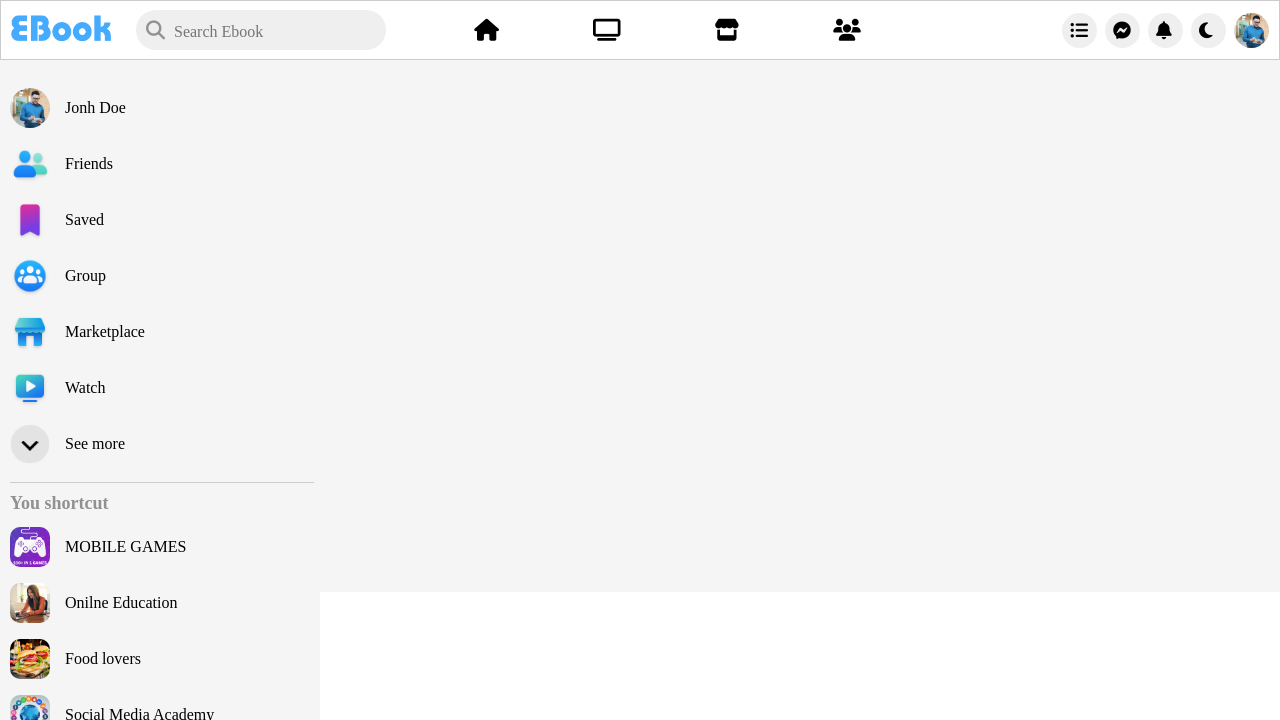
Repository: datvu1608/cloneebook
Page: index.html
The author's editor kept a copy of each file at every save. The page is drawn from the files as they stood at one save, then again after the next save.
The browser window is 1280 px wide. The pictures show the whole page.
Some web libraries are served in a nearby version.

Above is the page before, as saved 2023-02-23 15:17:04.

### index.html
<!DOCTYPE html>
<html lang="en">
  <head>
    <meta charset="UTF-8" />
    <meta http-equiv="X-UA-Compatible" content="IE=edge" />
    <meta name="viewport" content="width=device-width, initial-scale=1.0" />
    <title>Face Clone</title>
    <link
      rel="stylesheet"
      href="https://cdnjs.cloudflare.com/ajax/libs/font-awesome/6.3.0/css/all.min.css"
      integrity="sha512-SzlrxWUlpfuzQ+pcUCosxcglQRNAq/DZjVsC0lE40xsADsfeQoEypE+enwcOiGjk/bSuGGKHEyjSoQ1zVisanQ=="
      crossorigin="anonymous"
      referrerpolicy="no-referrer"
    />
    <link rel="stylesheet" href="style.css" />
  </head>
  <body>
    <nav>
      <div class="left">
        <div class="logo">
          <img src="./image/logo.png" alt="" />
        </div>
        <div class="search-bar">
          <i class="fa-solid fa-magnifying-glass"></i>
          <input type="text" name="" id="" placeholder="Search Ebook" />
        </div>
      </div>

      <div class="center">
        <i class="fa-solid fa-house"></i>
        <i class="fa-solid fa-tv"></i>
        <i class="fa-solid fa-store"></i>
        <i class="fa-solid fa-users"></i>
      </div>

      <div class="right">
        <i class="fa-solid fa-list-ul"></i>
        <i class="fa-brands fa-facebook-messenger"></i>
        <i class="fa-solid fa-bell"></i>
        <i class="fa-solid fa-moon"></i>
        <img src="./image/profile.png" alt="" />
      </div>
    </nav>

    <!-- Main -->
    <div class="main">
      <!-- left -->
      <div class="left">
        <div class="img">
          <img src="./image/profile.png" alt="" />
          <p>Jonh Doe</p>
        </div>
        <div class="img">
          <img src="./image/friend.png" alt="" />
          <p>Friends</p>
        </div>
        <div class="img">
          <img src="./image/saved.png" alt="" />
          <p>Saved</p>
        </div>
        <div class="img">
          <img src="./image/group.png" alt="" />
          <p>Group</p>
        </div>
        <div class="img">
          <img src="./image/marketplace.png" alt="" />
          <p>Marketplace</p>
        </div>
        <div class="img">
          <img src="./image/watch.png" alt="" />
          <p>Watch</p>
        </div>
        <div class="img">
          <img src="./image/down_arrow.png" alt="" />
          <p>See more</p>
        </div>
        <hr />

        <h2>You shortcut</h2>
        <p class="edit">Edit</p>

        <div class="shortcuts">
          <img src="./image/shortcuts_1.png" alt="" />
          <p>MOBILE GAMES</p>
        </div>
        <div class="shortcuts">
          <img src="./image/shortcuts_2.jpeg" alt="" />
          <p>Onilne Education</p>
        </div>
        <div class="shortcuts">
          <img src="./image/shortcuts_3.webp" alt="" />
          <p>Food lovers</p>
        </div>
        <div class="shortcuts">
          <img src="./image/shortcuts_4.png" alt="" />
          <p>Social Media Academy</p>
        </div>
        <div class="shortcuts">
          <img src="./image/shortcuts_5.webp" alt="" />
          <p>PC Shop</p>
        </div>
        <div class="shortcuts">
          <img src="./image/down_arrow.png" alt="" />
          <p>See More</p>
        </div>
      </div>

      <!-- center -->
      <div class="center">
        <div class="top_box">
          <div class="my_story_card">
            <img src="./image/story_1.png" alt="" />
            <div class="story_upload">
              <img src="./image/upload.png" alt="" />
              <p class="story_tag">Create story</p>
            </div>
          </div>
        </div>
      </div>
      <div class="right"></div>
    </div>
  </body>
</html>

### style.css
* {
  margin: 0;
  padding: 0;
  box-sizing: border-box;
  font-family: serif;
}
nav {
  width: 100%;
  height: 60px;
  display: flex;
  align-items: center;
  justify-content: space-between;
  border: 1px solid #ccc;
  background: #fff;
  position: fixed;
  top: 0;
  z-index: 1000;
  cursor: pointer;
}
nav .left img {
  width: 100px;
  margin: 5px 0;
  cursor: pointer;
}
nav .left {
  display: flex;
  align-items: center;
  justify-content: center;
  margin-left: 10px;
}
nav .left .search-bar {
  width: 250px;
  height: 40px;
  background: #efefef;
  border-radius: 30px;
  padding: 0 10px;
  margin-left: 10px;
  position: relative;
  left: 15px;
}
nav .left .search-bar i {
  line-height: 40px;
  font-size: 19px;
  color: #919191;
  margin-right: 5px;
}
nav .left .search-bar input {
  background-color: transparent;
  outline: none;
  border: 0;
  width: 200px;
  font-size: 16px;
}

nav .center {
  position: relative;
  right: 45px;
}
nav .center i {
  margin: 0 45px 0 45px;
  font-size: 22px;
}
nav .center i:hover {
  color: #45abff;
  cursor: pointer;
}

nav .right {
  display: flex;
  align-items: center;
  margin-right: 10px;
}
nav .right i {
  width: 35px;
  height: 35px;
  border-radius: 50%;
  background: #efefef;
  line-height: 35px;
  padding-left: 8px;
  font-size: 18px;
  margin-left: 8px;
  cursor: pointer;
}
nav .right img {
  width: 35px;
  height: 35px;
  object-fit: cover;
  object-position: center;
  border-radius: 50%;
  margin-left: 8px;
  line-height: 45px;
  cursor: pointer;
}

/* main */
.main {
  display: flex;
  margin-top: 60px;
  background-color: #f5f5f5;
}
.main .left {
  width: 25%;
  height: 92vh;
  overflow: hidden;
  overflow-y: scroll;
  background-color: #f5f5f5;
  padding: 20px 6px 5px 10px;
  position: fixed;
}
.main .left::-webkit-scrollbar {
  width: 7px;
}
.main .left::-webkit-scrollbar-thumb {
  border-radius: 20px;
  background-color: #f5f5f5;
}
.main .left:hover::-webkit-scrollbar-thumb {
  background-color: #ccc;
}
.main .left .img {
  display: flex;
  align-items: center;
  cursor: pointer;
  transition: 0.2s;
}
.main .left .img:hover {
  background: #e3e3e3;
}
.main .left .img img {
  width: 40px;
  height: 40px;
  object-fit: cover;
  object-position: center;
  border-radius: 50%;
  margin: 8px 15px 8px 0;
}
.main .left hr {
  width: 100%;
  height: 1px;
  border: 0;
  background: #ccc;
  margin: 10px 0;
}

.main .left h2 {
  font-size: 18px;
  color: #919191;
  margin: 5px 0;
}
.main .left .edit {
  color: #45abff;
  font-size: 15px;
  float: right;
  position: relative;
  bottom: 23px;
  cursor: pointer;
  opacity: 0;
}
.main .left:hover .edit {
  opacity: 1;
}
.main .left .shortcuts {
  display: flex;
  align-items: center;
  transition: 0.2s;
}
.main .left .shortcuts:hover {
  background: #e3e3e3;
  cursor: pointer;
}
.main .left .shortcuts img {
  width: 40px;
  height: 40px;
  object-fit: cover;
  object-position: center;
  border-radius: 10px;
  margin: 8px 15px 8px 0px;
}

/* main-center */
.main .center {
  width: 50%;
  height: auto;
  padding: 20px 20px 0 20px;
}

After the next save:
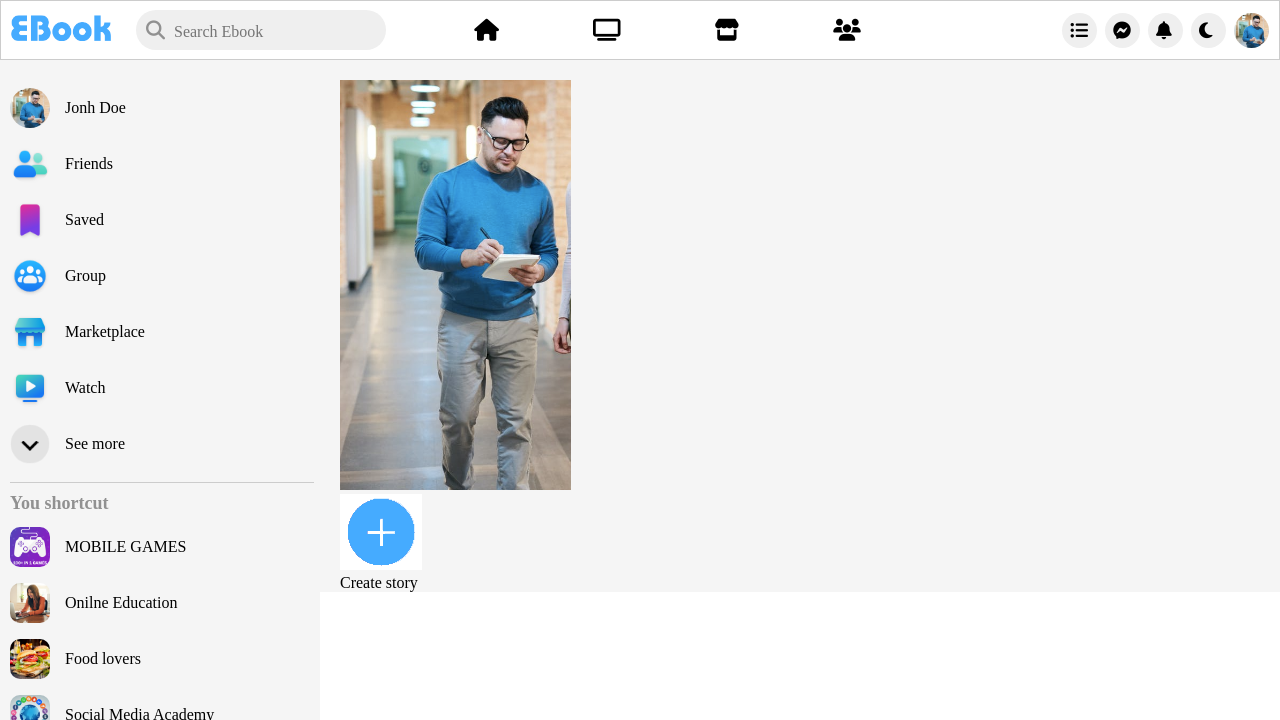
Saved 2 min 6 s later.
--- a/style.css
+++ b/style.css
@@ -180,6 +180,9 @@ nav .right img {
 /* main-center */
 .main .center {
   width: 50%;
+
   height: auto;
   padding: 20px 20px 0 20px;
+  background: #f5f5f5;
+  margin-left: 25%;
 }
